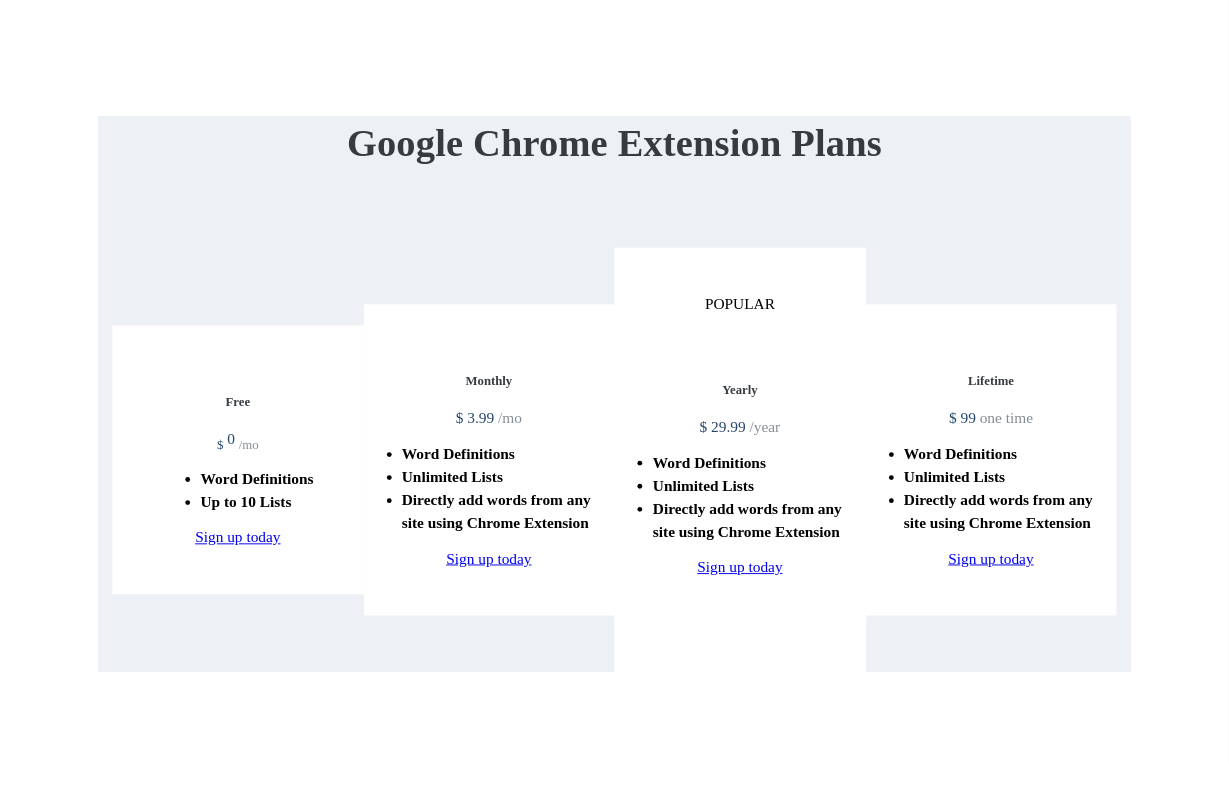
Repository: Novoselets28/chatos-test-task
Page: index.html
An editor plug-in stored every save of this project. The page is shown before and after the next save, followed by the edit.
The browser window is 1280 px wide. The pictures show the whole page, at 96% of full size.

Above is the page before, as saved 2023-04-19 09:31:18.

### index.html
<!DOCTYPE html>
<html lang="en">
<head>
    <meta charset="UTF-8">
    <meta http-equiv="X-UA-Compatible" content="IE=edge">
    <meta name="viewport" content="width=device-width, initial-scale=1.0">
    <link rel="stylesheet" type="text/css" href="index.css" />
    <title>Document</title>
</head>
<body>
    <div class="page__extension extension">
        <div class="extension__container _container">
            <div class="extension__header header-block">
                <h2 class="header-block__title">Google Chrome Extension Plans</h2>
            </div>
            <div class="extension__items">
                <!-- Modern pricing table - Free -->
                <div class="extension__item item-extension">
                        <h5 class="item-extension__title">Free</h5>
                        <div class="item-extension__price price-item">
                            <sub class="price-item__dollar">$</sub>
                            <span class="price-item__number">0</span>
                            <sub class="price-item__label">/mo</sub>
                        </div>
                        <div class="item-extension__points">
                            <ul class="item-extension__point point-list">
                                <li class="point-list__item">
                                    <i class="point-list__icon"></i>
                                        Word Definitions
                                </li>
                                <li class="point-list__item">
                                    <i class="point-list__icon"></i>
                                        Up to 10 Lists
                                </li>
                            </ul>
                        </div>
                        <a href="https://boostvocab.com/register" class="item-extension__button">Sign up today</a>
                </div>
                <!-- END : Modern pricing table - Free -->
                <!-- Modern pricing table - MOnthly -->
                <div class="extension__item item-extension">
                        <h5 class="item-extension__title">Monthly</h5>
                        <div class="item-extension__price price-item">
                            <span class="price-item__dollar">$</span>
                            <span class="price-item__number">3.99</span>
                            <span class="price-item__label">/mo</span>
                        </div>
                        <div class="item-extension__points">
                            <ul class="item-extension__point point-list">
                                <li class="point-list__item">
                                    <i class="point-list__icon"></i>
                                        Word Definitions
                                </li>
                                <li class="point-list__item">
                                    <i class="point-list__icon"></i>
                                        Unlimited Lists
                                </li>
                                <li class="point-list__item">
                                    <i class="point-list__icon"></i>
                                        Directly add words from any site using Chrome Extension
                                </li>
                            </ul>
                        </div>
                        <a target="new" href="https://buy.stripe.com/5kAdRpbLh3k71RS6oo" class="item-extension__button">Sign up today</a>
                </div>
                <!-- END : Modern pricing table - Monthly -->
                <!-- Modern pricing table - Yearly -->
                <div class="extension__item item-extension" style="z-index: 2;">
                        <div class="ribbon"><span>POPULAR</span></div>
                        <div class="extension__item item-extension">
                            <h5 class="item-extension__title">Yearly</h5>
                            <div class="item-extension__price price-item">
                                <span class="price-item__dollar">$</span>
                                <span class="price-item__number">29.99</span>
                                <span class="price-item__label">/year</span>
                            </div>
                            <div class="item-extension__points">
                               <ul class="item-extension__point point-list">
                                    <li class="point-list__item">
                                        <i class="point-list__icon"></i>
                                            Word Definitions
                                    </li>
                                    <li class="point-list__item">
                                        <i class="point-list__icon"></i>
                                            Unlimited Lists
                                    </li>
                                    <li class="point-list__item">
                                        <i class="point-list__icon"></i>
                                            Directly add words from any site using Chrome Extension
                                    </li>
                                </ul>
                            </div>
                            <a target="new" href="https://buy.stripe.com/aEU6oX3eL6wjdAA7st" class="item-extension__button">Sign up today</a>
                        </div>
                </div>
                <!-- END : Modern pricing table - Yearly -->
                <!-- Modern pricing table - Lifetime -->
                <div class="extension__item item-extension">
                        <h5 class="item-extension__title">Lifetime</h5>
                        <div class="item-extension__price price-item">
                            <span class="price-item__dollar">$</span>
                            <span class="price-item__number">99</span>
                            <span class="price-item__label">one time</span>
                        </div>
                        <div class="item-extension__points">
                            <ul class="item-extension__point point-list">
                                <li class="point-list__item">
                                    <i class="point-list__icon"></i>
                                        Word Definitions
                                </li>
                                <li class="point-list__item">
                                    <i class="point-list__icon"></i>
                                        Unlimited Lists
                                </li>
                                <li class="point-list__item">
                                    <i class="point-list__icon"></i>
                                        Directly add words from any site using Chrome Extension
                                </li>
                            </ul>
                        </div>
                        <a target="new" href="https://buy.stripe.com/4gwfZxbLh8Er54428a" class="item-extension__button">Sign up today</a>
                    <!-- END : Modern pricing table - Lifetime -->

                </div>
            </div>
        </div>
    </div>
</body>
</html>

### index.css
.page__extension {

}

.extension{
    padding: 80px 0px 136px 0px;
}

.extension__container{
    background-color: #edf0f5;
}

._container{
    max-width: 1046px;
    padding: 0 15px;
    margin: 0 auto;
    box-sizing: content-box;
}

.extension__header{
    margin: 0 0 80px 0;
}

.header-block{
    text-align: center;
    letter-spacing: 0.2px;
}

.header-block__title{
    font-size: 40px;
    font-weight: 700;
    line-height: 142%;
    color: #363b3f;
}

.extension__items{
    display: flex;
    align-items: center;
}

.extension__item{
    flex: 0 1 33.333%;
}

.item-extension{
    display: flex;
    flex-direction: column;
    justify-content: center;
    align-items: center;
    background-color: #fff;
    padding: 50px 0;
}

.item-extension__title{
    color: #373d42;
}

.item-extension__price{
    color: #24466c;
}

.price-item{

}

.price-item__dollar{

}

.price-item__number{

}

.price-item__label{
    color: #878d96;
}

.item-extension__points{
    display: flex;
    flex-direction: column;
    justify-content: center;
    align-items: center;
}

.item-extension__point{
    color: inherit;
    font-weight: 600;
    line-height: 150%;
    font-size: 16px;
}

.point-list{

}

.point-list__item{

}

.point-list__icon{

}

.item-extension__button{

}

After the next save:
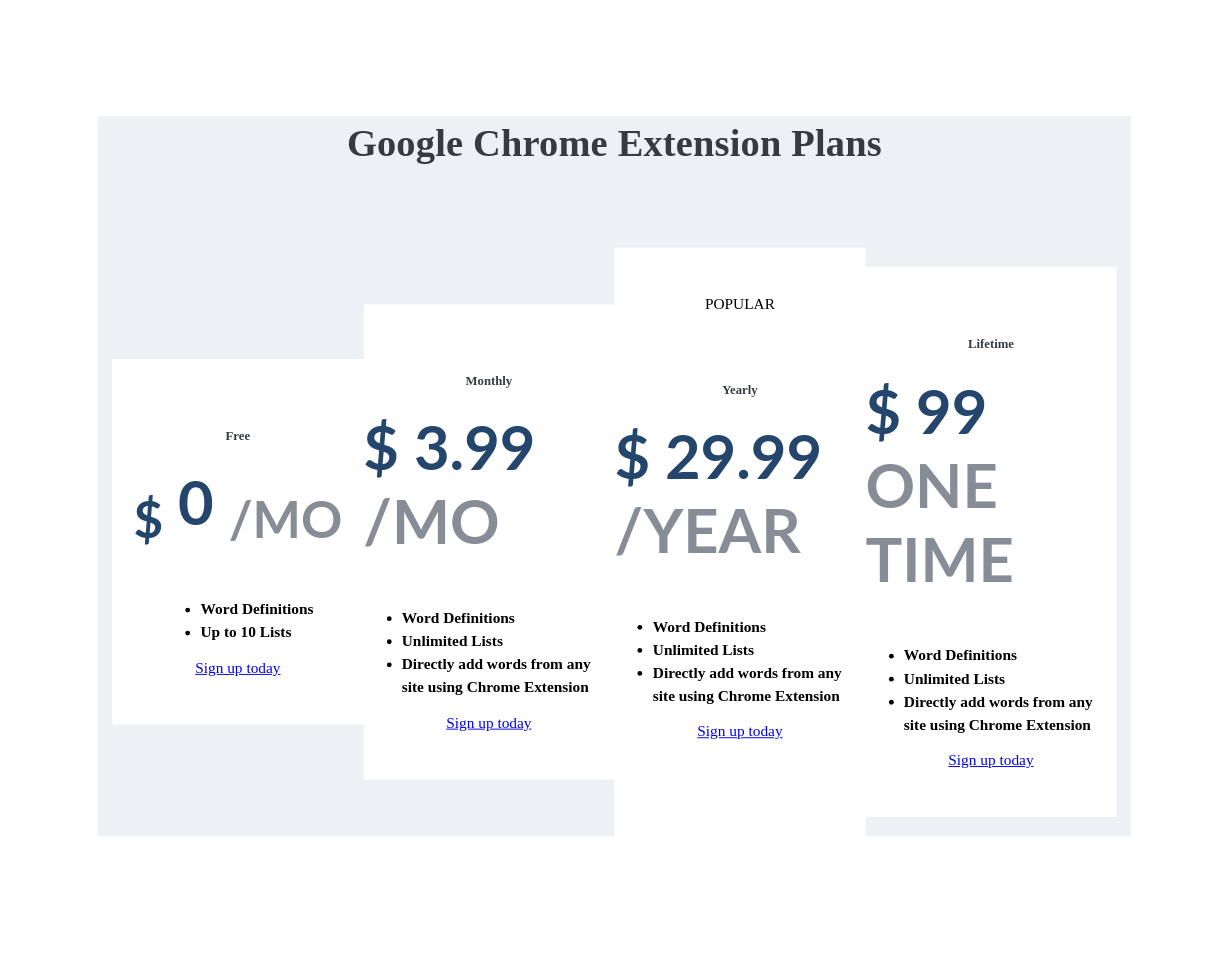
Saved 2 min 7 s later.
--- a/index.css
+++ b/index.css
@@ -57,6 +57,12 @@
 
 .item-extension__price{
     color: #24466c;
+    margin: 0;
+    font-size: 4rem;
+    font-family: "Lato";
+    font-weight: bold;
+    text-transform: uppercase;
+    padding-bottom: 35px;
 }
 
 .price-item{
